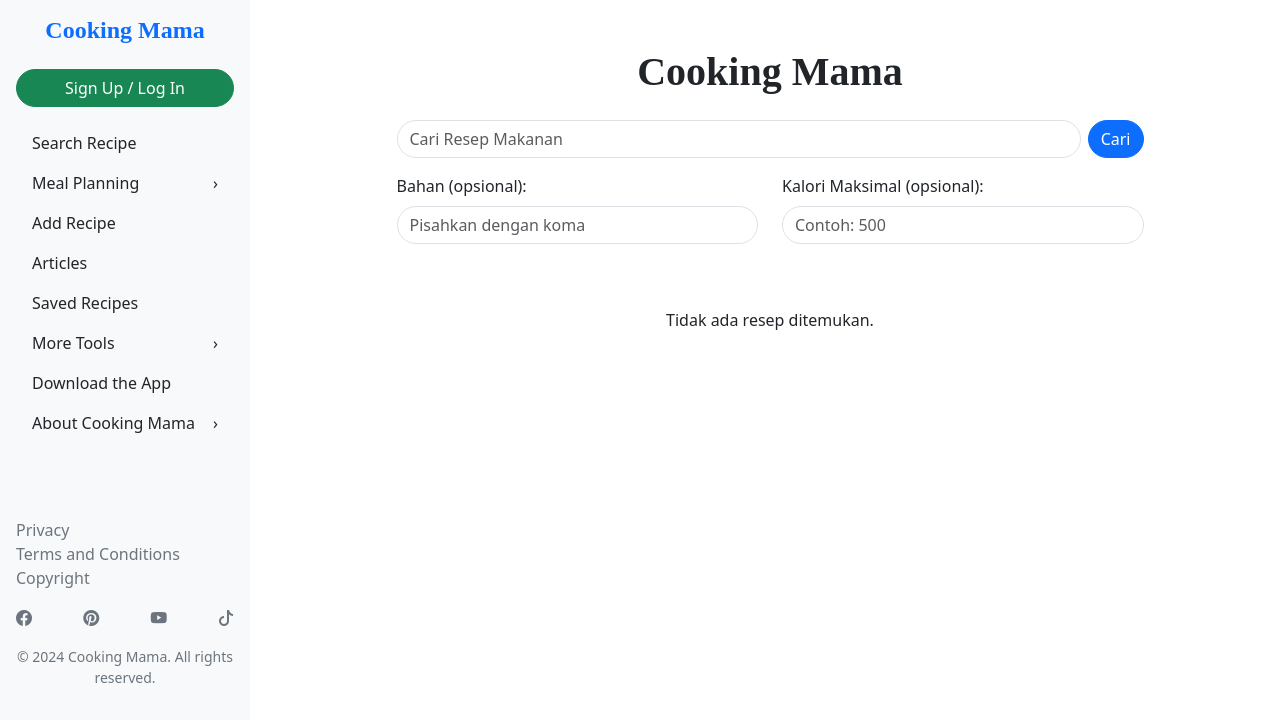
Repository: julius2510/UAS_Frontend_Kelompok10
Page: views/index.html
The author's editor kept a copy of each file at every save. The page is drawn from the files as they stood at one save, then again after the next save.
The browser window is 1280 px wide. The pictures show the whole page.
The page's requests for data from a server got no answer.

Above is the page before, as saved 2024-11-24 12:05:35.
Console error: TypeError: Cannot read properties of null (reading 'addEventListener')

After the next save:
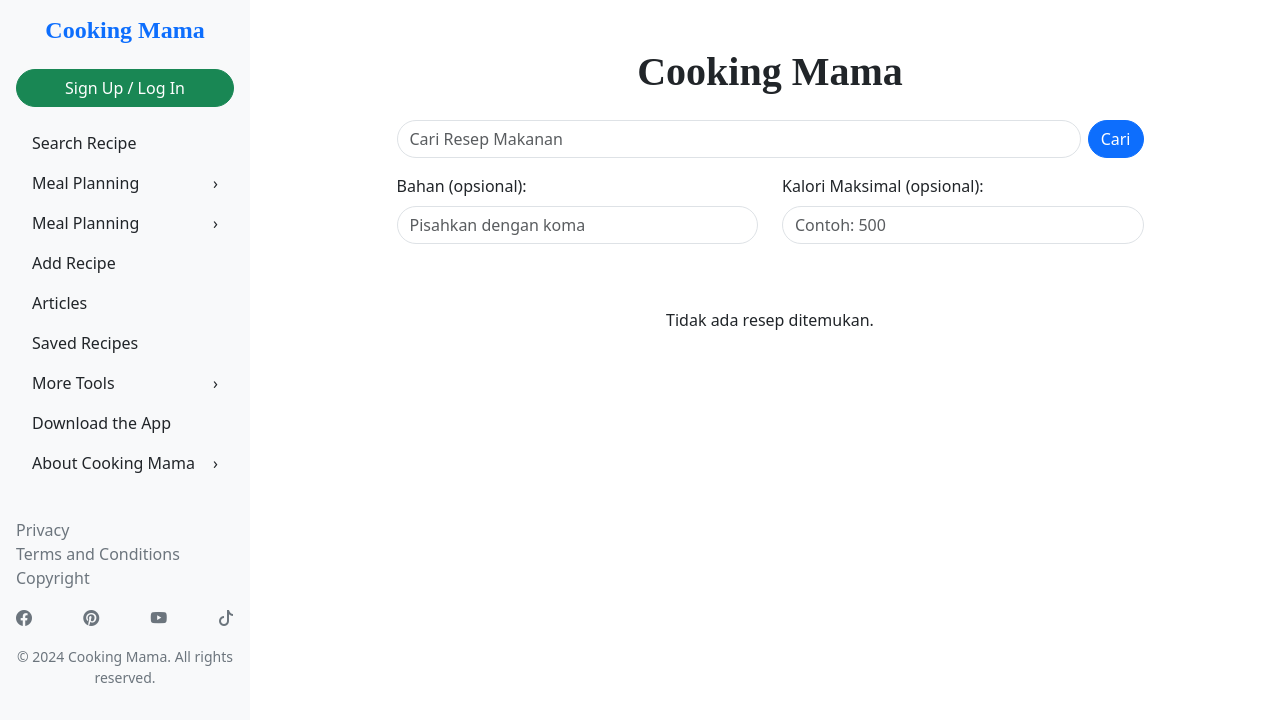
Saved 3 min 11 s later.
--- a/views/index.html
+++ b/views/index.html
@@ -22,6 +22,17 @@
           <li class="nav-item">
             <a href="/searchrecipe" class="nav-link text-dark">Search Recipe<span class="float-end"></span></a>
           </li>
+          <li class="nav-item">
+            <a class="nav-link text-dark" data-bs-toggle="collapse" href="#collapseMealPlanning" role="button" aria-expanded="false" aria-controls="collapseMealPlanning">
+              Meal Planning <span class="float-end">&rsaquo;</span>
+            </a>
+            <div class="collapse" id="collapseMealPlanning">
+              <ul class="list-unstyled ps-3">
+                <li><a href="#" class="nav-link text-secondary">Weekly Plan</a></li>
+                <li><a href="#" class="nav-link text-secondary">Shopping List</a></li>
+              </ul>
+            </div>
+          </li>
           <!-- Meal Planning -->
           <li class="nav-item">
             <a class="nav-link text-dark" data-bs-toggle="collapse" href="#collapseMealPlanning" role="button" aria-expanded="false" aria-controls="collapseMealPlanning">
